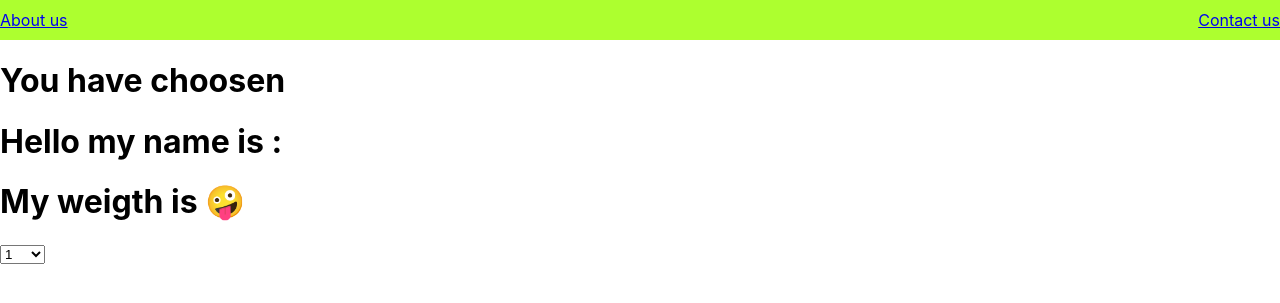
Repository: shah-zx/Pokemon
Page: /
These files come from the project's save history. The page is drawn as it stood at one moment and after the next save; the edit follows.
The browser window is 1280 px wide. The pictures show the whole page.
The page's requests for data from a server got no answer. The project was rebuilt for these pictures with package versions that can differ from the ones it lists, and the page was loaded fresh each time. No one was signed in, and anything a server would have sent is missing. Also part of the build but not shown: src/App.css, src/components/Contact.jsx, src/components/About.jsx.

Above is the page before, as saved 2021-11-21 14:33:49.

### src/index.css
body {
  margin: 0;
  font-family: -apple-system, BlinkMacSystemFont, 'Segoe UI', 'Roboto', 'Oxygen',
    'Ubuntu', 'Cantarell', 'Fira Sans', 'Droid Sans', 'Helvetica Neue',
    sans-serif;
  -webkit-font-smoothing: antialiased;
  -moz-osx-font-smoothing: grayscale;
}

code {
  font-family: source-code-pro, Menlo, Monaco, Consolas, 'Courier New',
    monospace;
}

.menu_style{
width: 100%;
line-height: 40px;
background-color: greenyellow;
display: flex;
justify-content: space-between;
}

### src/App.js
import logo from './logo.svg';
import './App.css';
import ComA from './components/ComA';
import Contact from './components/Contact';
import {BrowserRouter} from "react-router-dom"
import {Routes , Route} from "react-router-dom";
import About from './components/About';
import Navbar from './components/Navbar';
function App() {
  const Name = () => {
    return <h1> This is the name page </h1>
  }
  return (
    <BrowserRouter>
      <Navbar />
       <Routes>
         <Route path = "/" element = {<ComA/>} />
         <Route path = "/about" element = {<About/>} />
         <Route path = "/contact" element = {<Contact/>} />
         <Route path = "/contact/Name" element = {<Name/>} />
       </Routes>
    </BrowserRouter>
  );
}

export default App;

### src/components/ComA.jsx
import React, { useState, useEffect } from 'react'
import axios from 'axios'


function ComA() {
    const [num, setNum] = useState();
    const [name, setName] = useState();
    const [weight, setWeight] = useState();

    const handleThat = (event) => {
        setNum(event.target.value)
    }

    useEffect(() => {
        async function getData() {
            const res = await axios.get(`https://pokeapi.co/api/v2/pokemon/${num}`);
            setName(res.data.name)
            setWeight(res.data.weight)
        }
        getData();
    })
    return (
        <>
            <h1> You have choosen {num} </h1>
            <h1> Hello my name is : {name}</h1>
            <h1>My weigth is {weight} 🤪</h1>
            <select
                value={num}
                onChange={handleThat}>
                <option value="1">1</option>
                <option value="500">500</option>
                <option value="3">10</option>
                <option value="4">15</option>
                <option value="5">20</option>
            </select>
        </>
    )
}

export default ComA

### src/components/Navbar.jsx
import React from 'react'
import {Link} from "react-router-dom"

function Navbar() {
    return (
        <>
        <div className = "menu_style">
        <Link activeClassName = "active_class" to = "/about">About us</Link>
        <Link activeClassName = "active_class" to = "/contact">Contact us</Link>
        </div>
        </>
    )
}

export default Navbar

Loaded but not shown: public/index.html (common file); src/index.js (common file); src/reportWebVitals.js (common file)

After the next save:
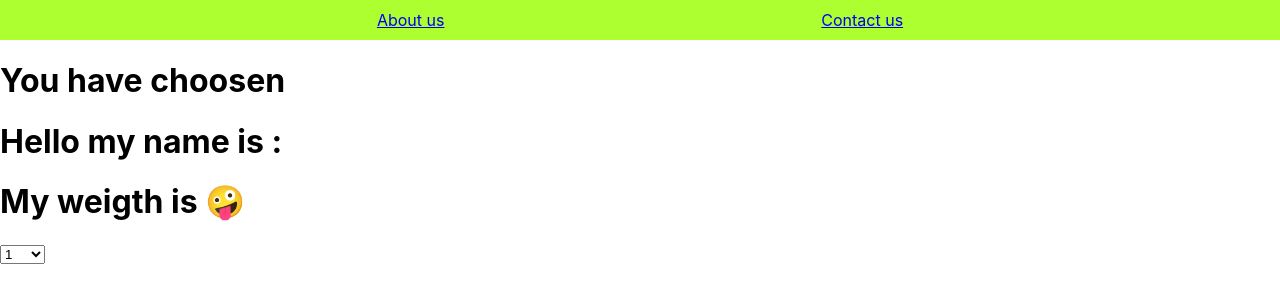
Saved 12 s later.
--- a/src/index.css
+++ b/src/index.css
@@ -17,5 +17,5 @@ width: 100%;
 line-height: 40px;
 background-color: greenyellow;
 display: flex;
-justify-content: space-between;
+justify-content: space-evenly;
 }
